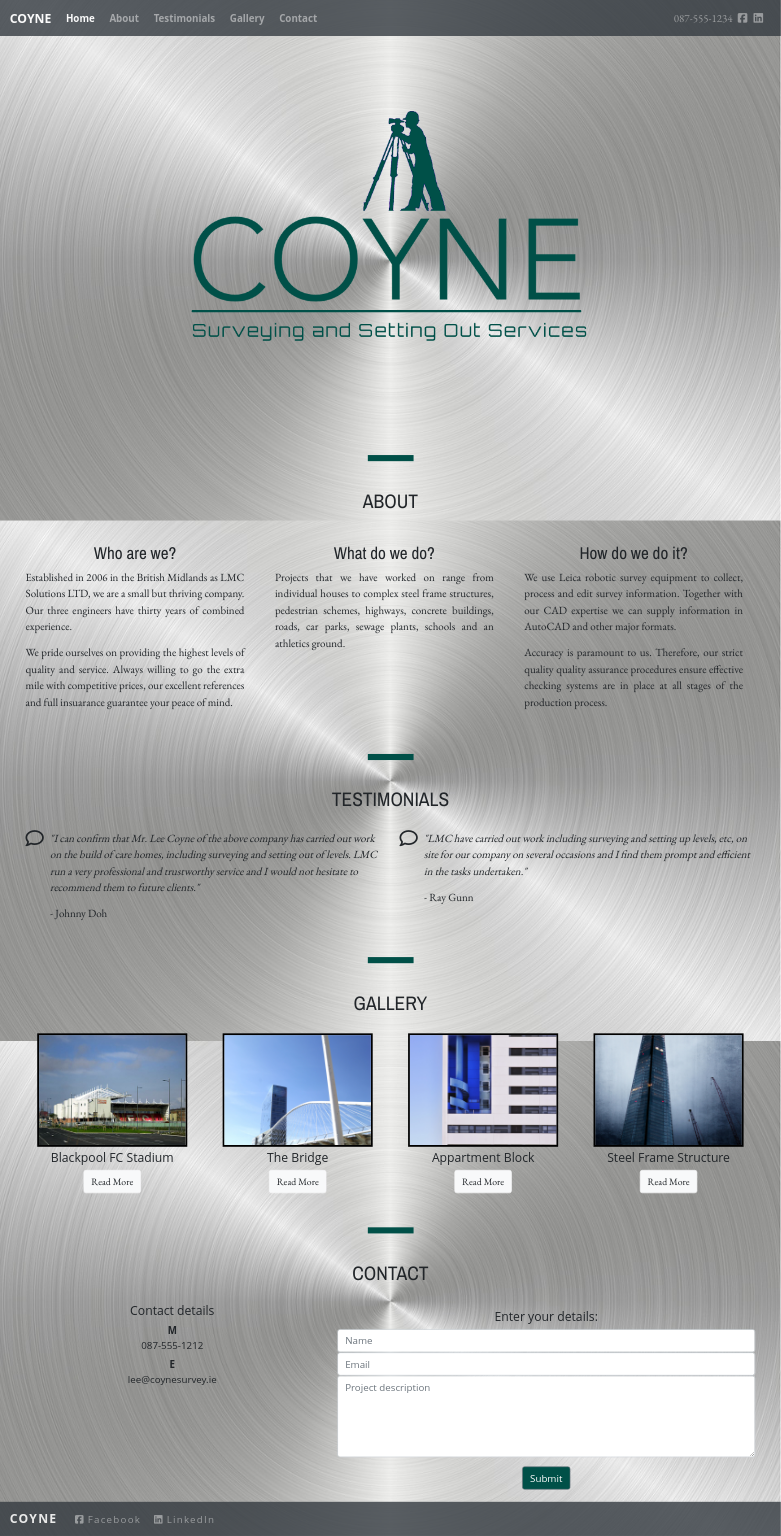
Repository: Leo-Cullen/first-milestone-project
Page: index.html
The author's editor kept a record of every edit. The page is drawn from the files as they stood at one moment, then again after the next edit.
The browser window is 1280 px wide. The pictures show the whole page, at 61% of full size.
Backgrounds fixed to the window are drawn as part of the page. Some web libraries are served in a nearby version.

Above is the page before.

After the next edit:
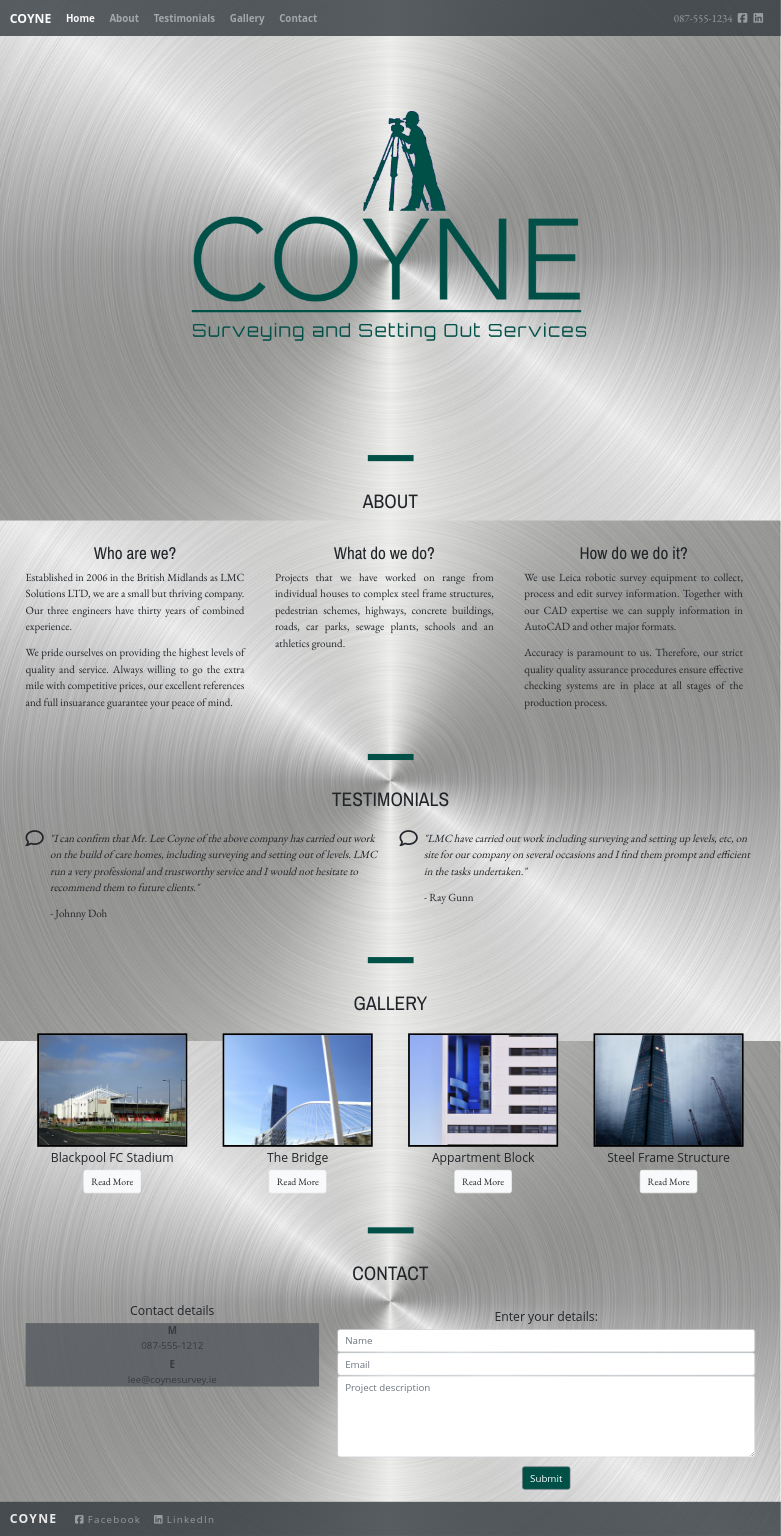
The edit:
--- a/assets/css/style.css
+++ b/assets/css/style.css
@@ -168,6 +168,11 @@
     letter-spacing: 2px;
 }
 
+.contact-details {
+    background-color: #555a5f;
+    opacity: 0.8;
+}
+
 .center-form {
     padding-top: 10px;
     margin: 0 auto;
